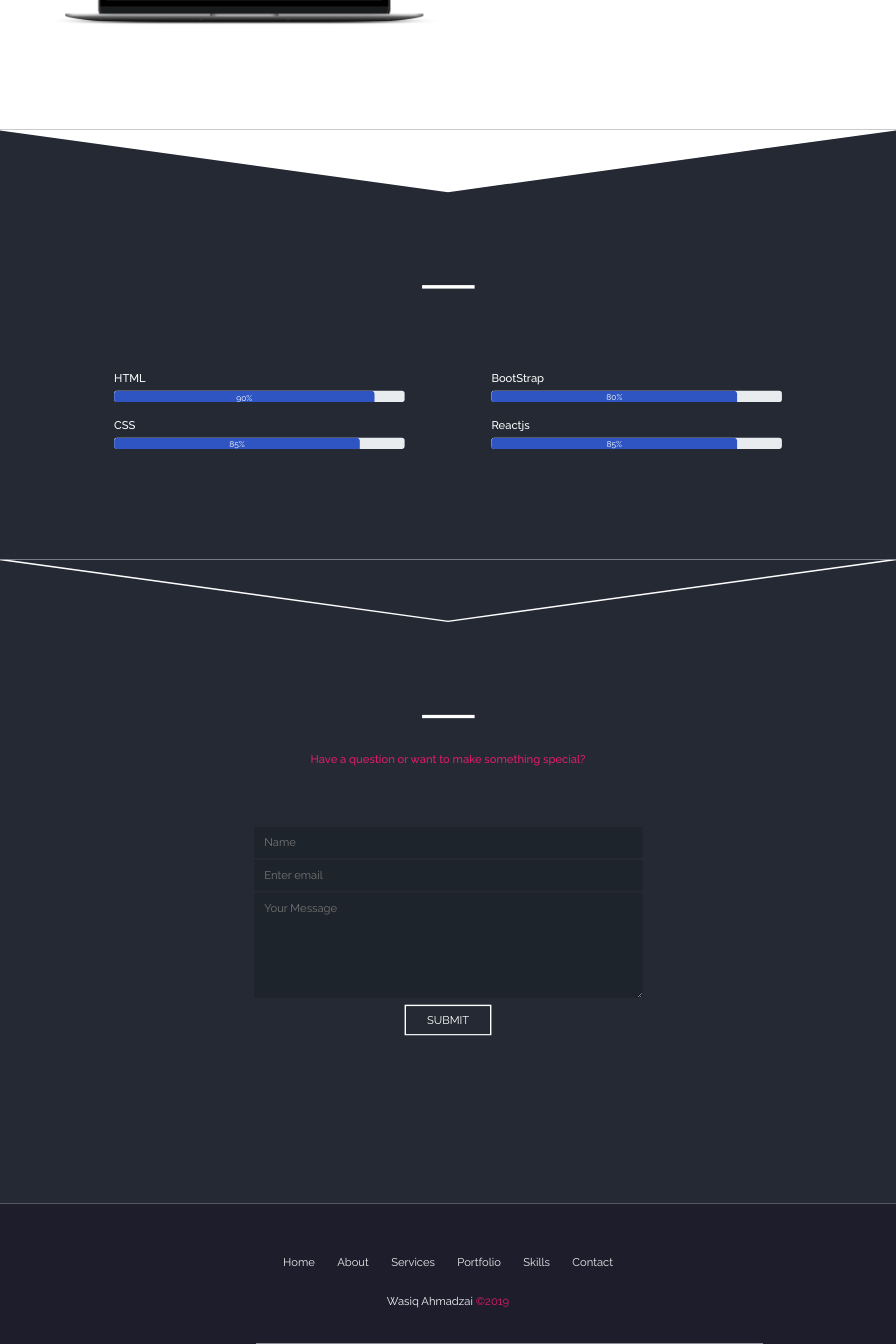
Repository: wasiqkhan/wasiqkhan.github.io
Page: index.html
The author's editor kept a copy of each file at every save. The page is drawn from the files as they stood at one save, then again after the next save.
The browser window is 1280 px wide. The pictures show the part of the page from y = 3695 to 5615 px (the page is 5615 px tall before and 5503 px after), at 70% of full size.
Some web fonts or font styles are not loaded; a fallback is used.

Above is the page before, as saved 2020-11-06 16:43:36.
Not found: js/all.js
Not found: js/app.js
Not found: js/particles.js

After the next save:
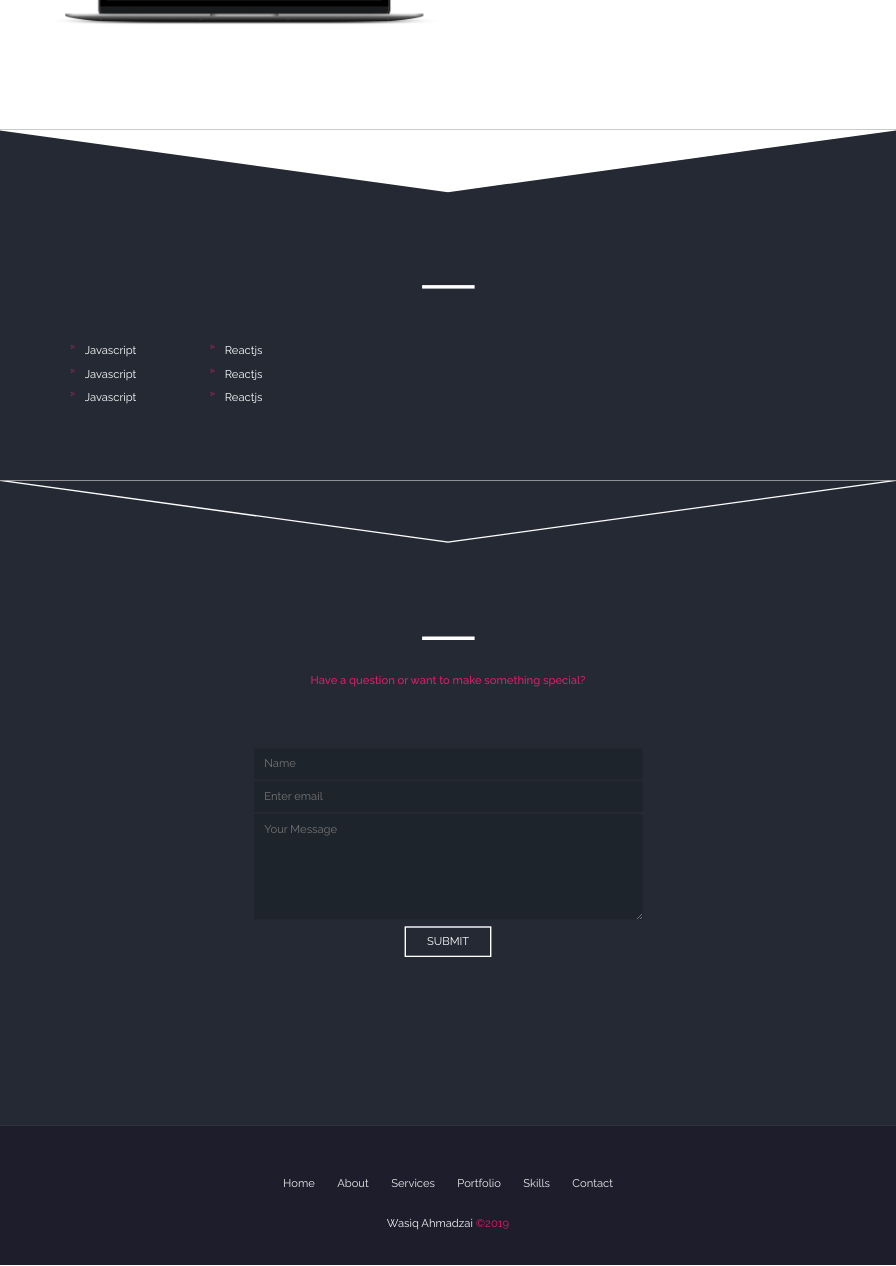
Saved 63 s later.
--- a/index.html
+++ b/index.html
@@ -327,8 +327,16 @@
         </ul> -->
         <div class="container">
           <div class="skill-items">
-            <div class="skill-group">
-              <div class="skill-item filter frontend">
+            <ul class="skill-set">
+              <li>Javascript</li>
+              <li>Reactjs</li>
+              <li>Javascript</li>
+              <li>Reactjs</li>
+              <li>Javascript</li>
+              <li>Reactjs</li>
+
+
+              <!-- <div class="skill-item filter frontend">
                 <h6>HTML</h6>
 
                 <div class="progress">
@@ -347,10 +355,10 @@
                     85%
                   </div>
                 </div>
-              </div>
-            </div>
-            <div class="skill-group">
-              <div class="skill-item filter frontend">
+              </div> -->
+            </ul>
+            <!-- <div class="skill-group"> -->
+              <!-- <div class="skill-item filter frontend">
                 <h6>BootStrap</h6>
                 <div class="progress">
                   <div
@@ -371,8 +379,8 @@
                       85%
                     </div>
                   </div>
-                </div>
-            </div>
+                </div> -->
+            <!-- </div> -->
           </div>
         </div>
         <!-- <div class="container">
